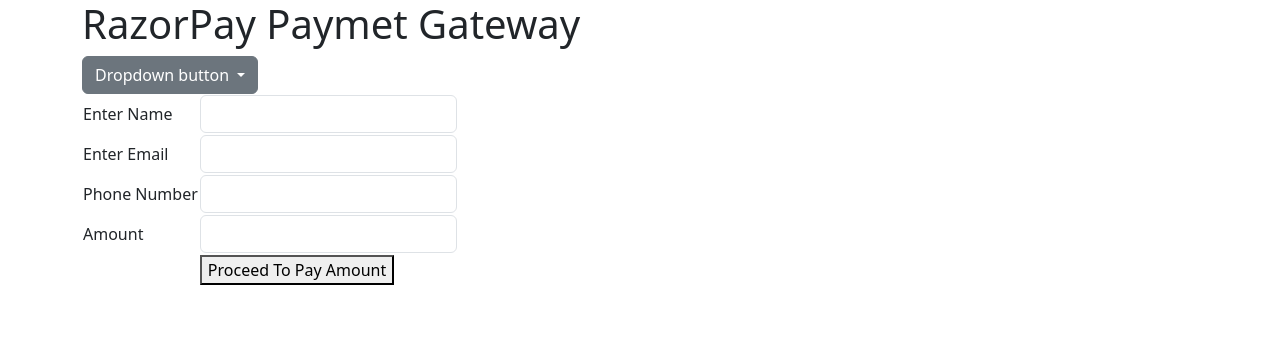
Repository: PraveenKodekal/razorpayGateway
Page: http://localhost/index
The author's editor kept a copy of each file at every save. The page is drawn from the files as they stood at one save, then again after the next save.
The browser window is 1280 px wide. The pictures show the whole page.
The page is this project's Thymeleaf template; nobody is signed in. The template is opened directly, without the code that normally fills it, so the values that code supplies are empty.

Above is the page before, as saved 2024-06-25 03:34:58.

After the next save:
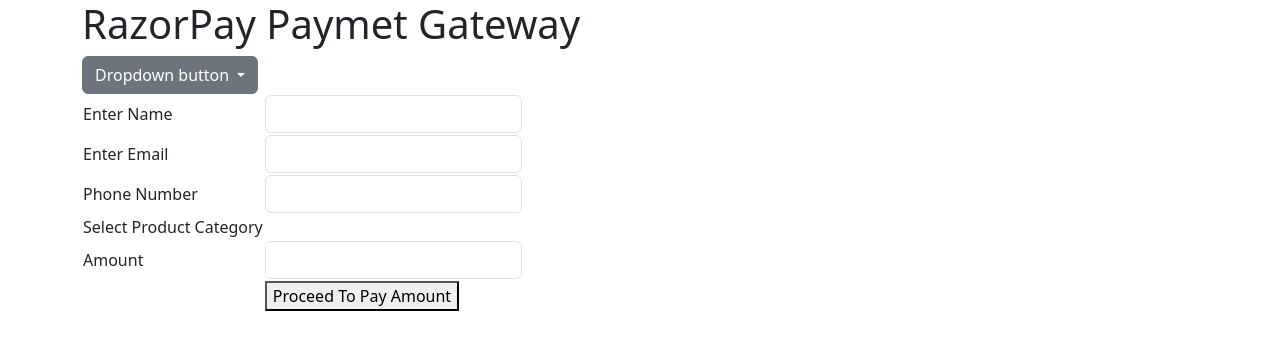
Saved 52 s later.
--- a/Payment-GatteWay/src/main/resources/templates/index.html
+++ b/Payment-GatteWay/src/main/resources/templates/index.html
@@ -37,6 +37,7 @@
 
 			</tr>
 			<tr>
+				<td>Select Product Category</td>
 				<div class="dropdown">
 				  <button class="btn btn-secondary dropdown-toggle" type="button" data-bs-toggle="dropdown" aria-expanded="false">
 				    Dropdown button
